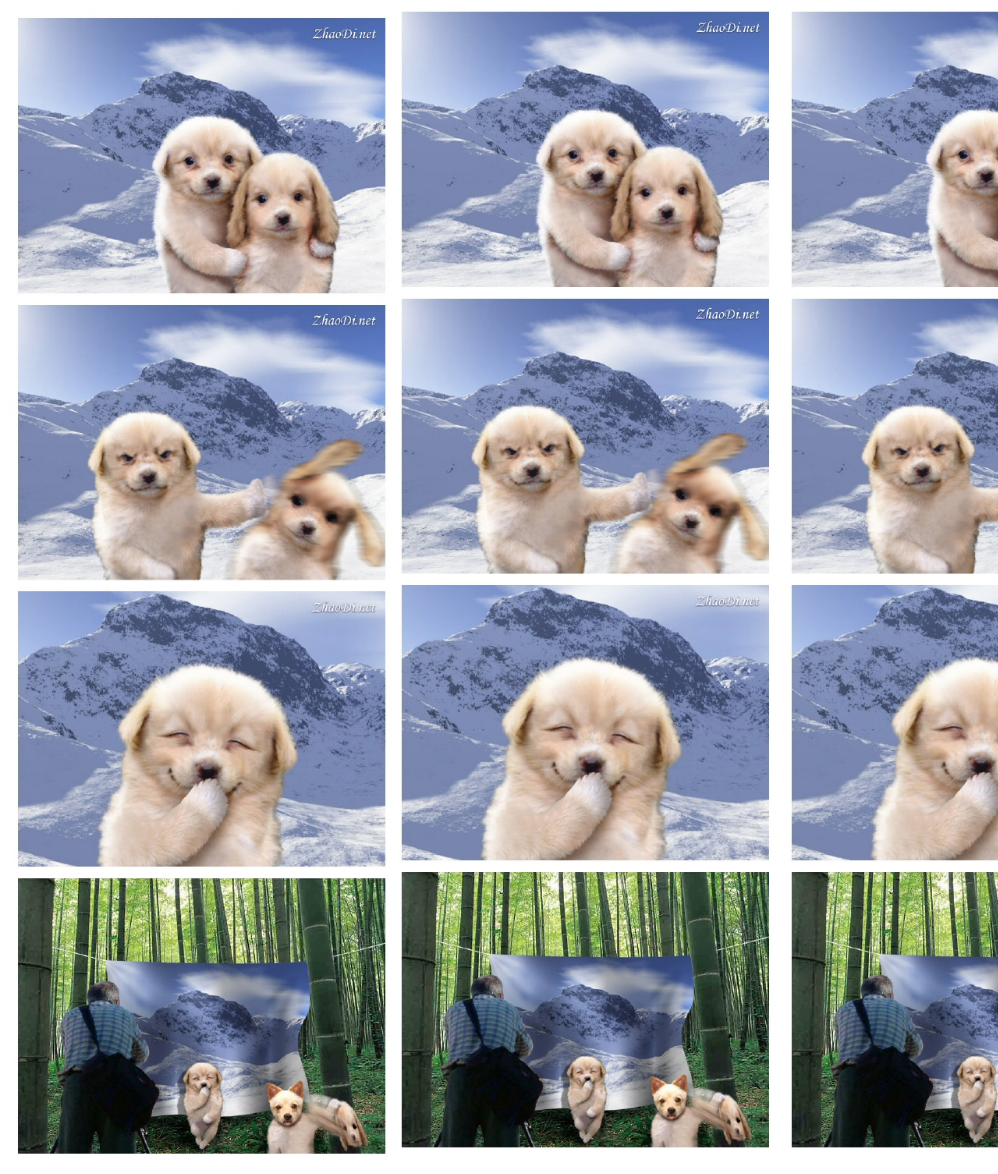
Repository: suhong99/htmlLecture
Page: cssSample2/src/main/webapp/index.html
An editor plug-in stored every save of this project. The page is shown before and after the next save, followed by the edit.
The browser window is 1280 px wide. The pictures show the whole page, at 78% of full size.

Above is the page before, as saved 2023-06-22 01:22:03.

### cssSample2/src/main/webapp/index.html
<!DOCTYPE html>
<html>
<head>
<meta charset="UTF-8">
<title>Insert title here</title>
<style>
body {
	background-color : white;
	background-image: url("개죽이.jpg");
	background-repeat: repeat-x;
}
</style>
</head>
<body>
<img alt="dd" src="개죽이.jpg">


</body>
</html>

After the next save:
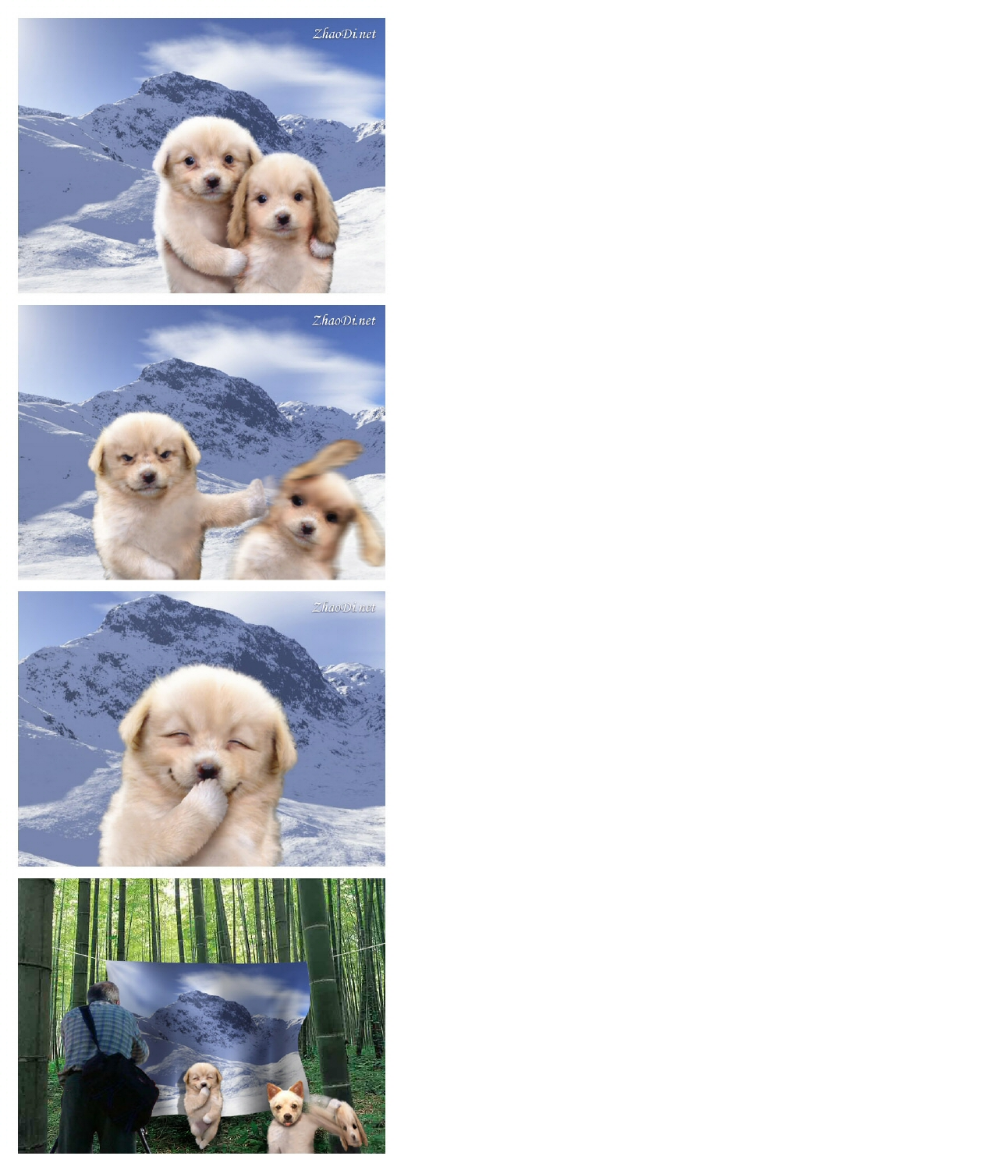
Saved 23 s later.
--- a/cssSample2/src/main/webapp/index.html
+++ b/cssSample2/src/main/webapp/index.html
@@ -7,7 +7,8 @@
 body {
 	background-color : white;
 	background-image: url("개죽이.jpg");
-	background-repeat: repeat-x;
+	/* background-repeat: repeat-x; */
+	background-repeat: no-repeat;
 }
 </style>
 </head>
